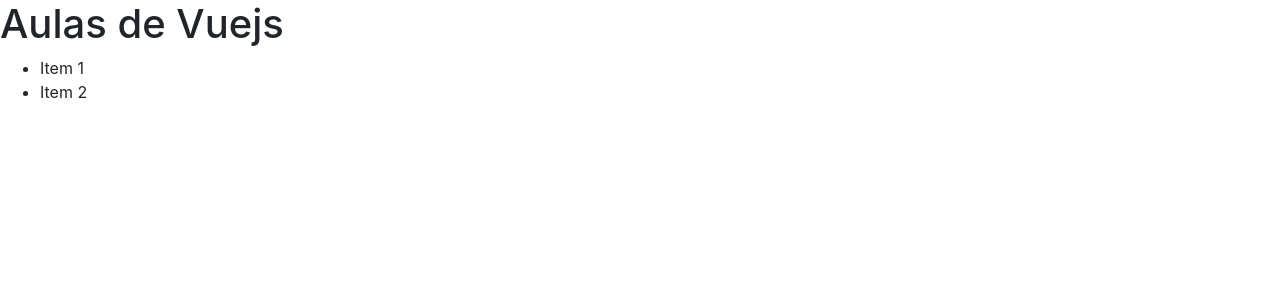
Repository: wolwerr/VueJs-Ninja
Page: Aula-12.html
An editor plug-in stored every save of this project. The page is shown before and after the next save, followed by the edit.
The browser window is 1280 px wide. The pictures show the whole page.

Above is the page before, as saved 2021-10-24 23:28:58.

### Aula-12.html
<!DOCTYPE html>
<html lang="en">
<head>
    <meta charset="UTF-8">
    <meta http-equiv="X-UA-Compatible" content="IE=edge">
    <meta name="viewport" content="width=device-width, initial-scale=1.0">
    <meta http-equiv="X-UA-Compatible" content="IE=edge">
    <title>Aulas de Vuejs</title>
    <link rel="stylesheet" href="https://maxcdn.bootstrapcdn.com/bootstrap/4.0.0/css/bootstrap.min.css" integrity="sha384-Gn5384xqQ1aoWXA+058RXPxPg6fy4IWvTNh0E263XmFcJlSAwiGgFAW/dAiS6JXm" crossorigin="anonymous">
</head>
<body>
    <div id="app">
        <h1>{{ titulo }}</h1>
        {{ nome }}
        <menu-bar></menu-bar>
        </div>

    <script src="https://unpkg.com/vue"></script>

    <script>
        Vue.component('menu-bar', {
            template:"<ul><li>Item 1</li><li>Item 2</li></ul>"
        });
        var app = new Vue({
            el: "#app",

            data: {
                titulo: "Aulas de Vuejs",



            }
        });
    </script>
</body>
</html>

After the next save:
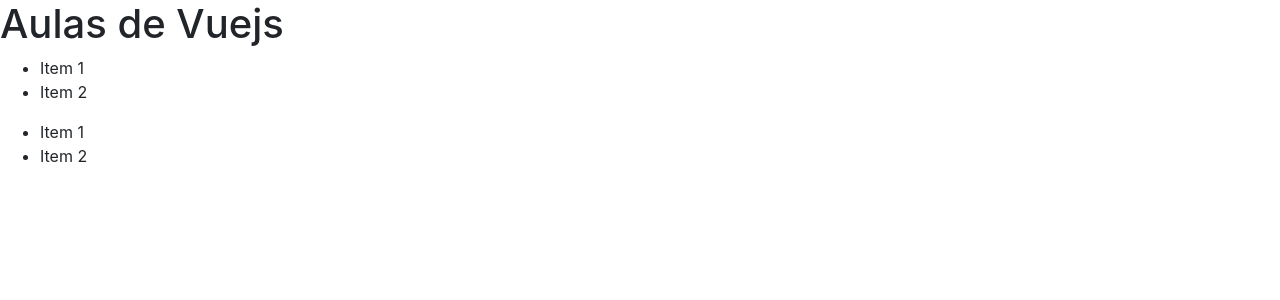
Saved 74 s later.
--- a/Aula-12.html
+++ b/Aula-12.html
@@ -12,7 +12,8 @@
     <div id="app">
         <h1>{{ titulo }}</h1>
         {{ nome }}
-        <menu-bar></menu-bar>
+        <menu-bar>Coca</menu-bar>
+        <menu-bar>Guarana</menu-bar>
         </div>
 
     <script src="https://unpkg.com/vue"></script>
